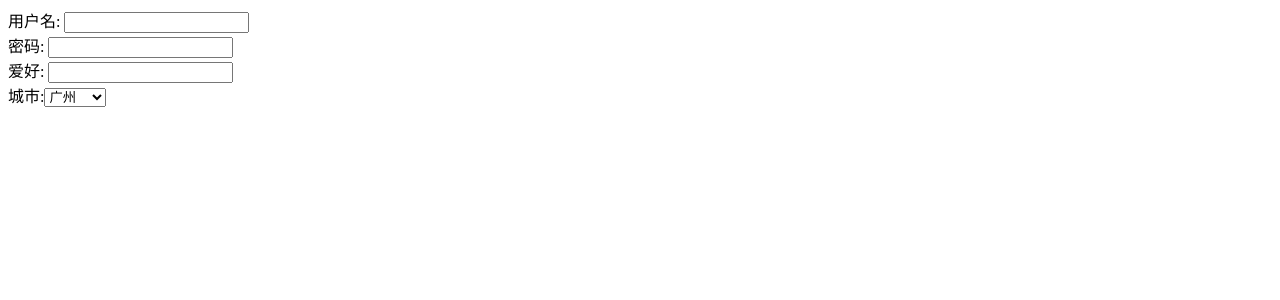
Repository: qyl1006/JavaApps
Page: workspace/web-03-3-tomat-http/webapp/test.html
These files come from the project's save history. The page is drawn as it stood at one moment and after the next save; the edit follows.
The browser window is 1280 px wide. The pictures show the whole page.

Above is the page before, as saved 2018-03-01 12:10:10.

After the next save:
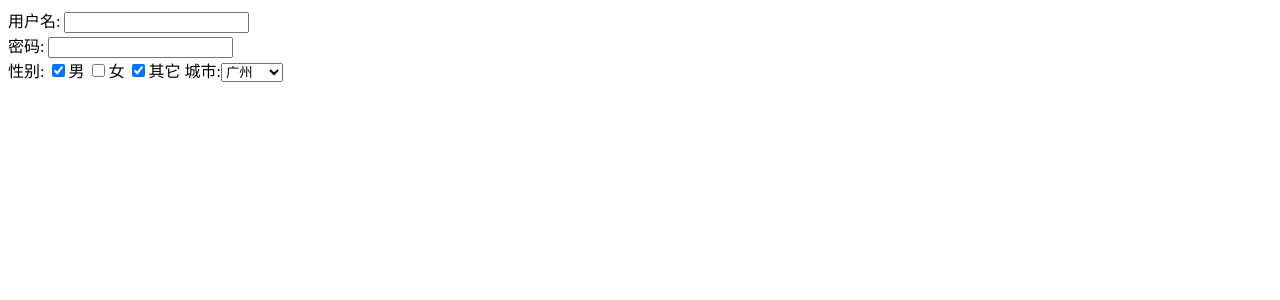
Saved 103 s later.
--- a/workspace/web-03-3-tomat-http/webapp/test.html
+++ b/workspace/web-03-3-tomat-http/webapp/test.html
@@ -8,7 +8,10 @@
 	<form action="#" method="get">
 		用户名: <input type="text" name="username"/><br>
 		密码: <input type="password" name="pwd"/><br>
-		爱好: <input /><br>
+		性别:
+			<input type="checkbox" name="gender" value="男" checked/>男
+			<input type="checkbox" name="gender" value="女"/>女
+			<input type="checkbox" name="gender" value="其它" checked/>其它
 		城市:<select name="city">
 				<option value="-1">请选择</option>
 				<option value="1" selected>广州</option>
